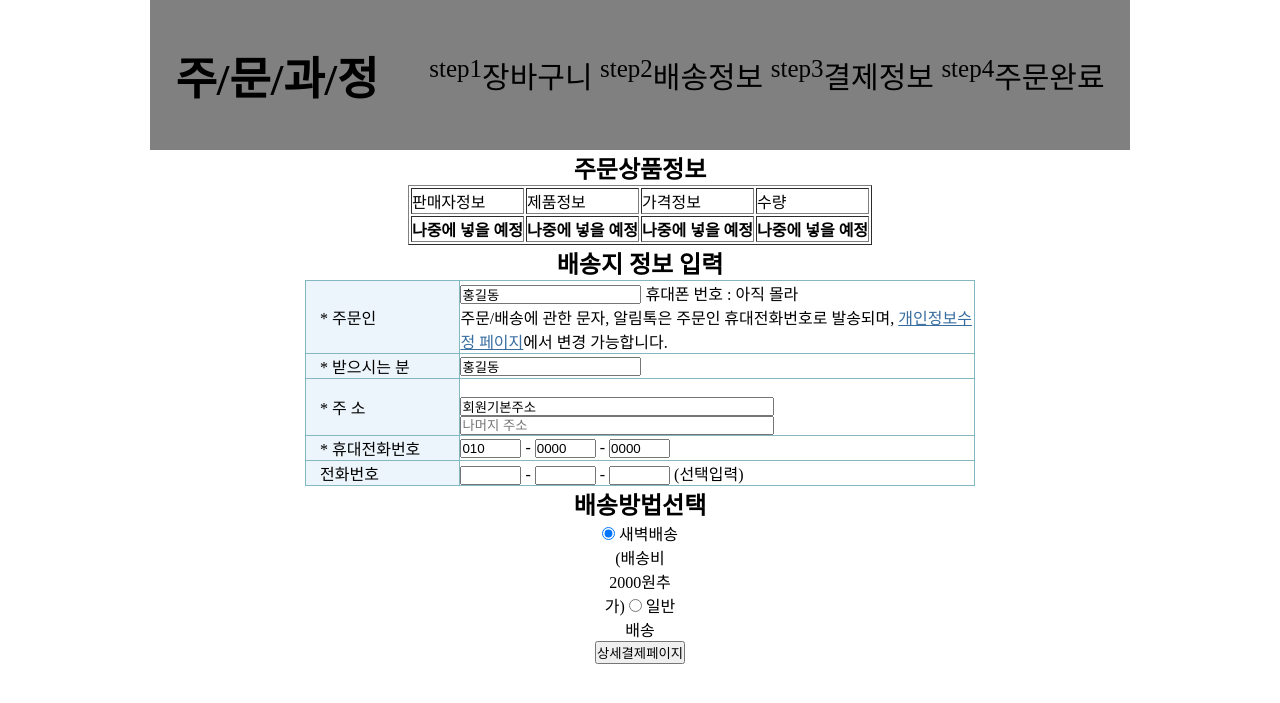
Repository: kym-1000/book
Page: http://localhost/book/WEB-INF/views/cart/ShippingInformation.jsp
These files come from the project's save history. The page is drawn as it stood at one moment and after the next save; the edit follows.
The browser window is 1280 px wide. The pictures show the whole page.
The page is served by Tomcat 9. Nobody is signed in. The template is opened directly, without the code that normally fills it, so the values that code supplies are empty.

Above is the page before, as saved 2023-01-02 03:46:18.

After the next save:
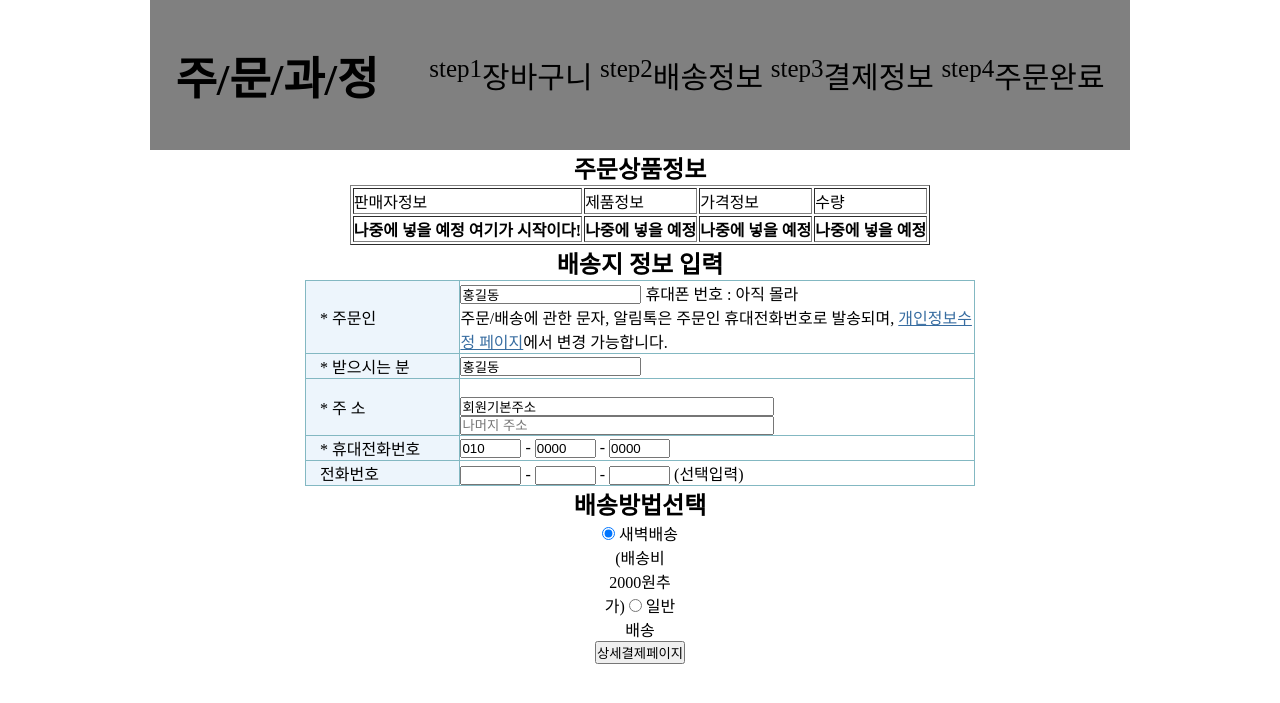
Saved 3 min 40 s later.
--- a/book/book/src/main/webapp/WEB-INF/views/cart/ShippingInformation.jsp
+++ b/book/book/src/main/webapp/WEB-INF/views/cart/ShippingInformation.jsp
@@ -84,7 +84,7 @@
 				<td>수량</td>
 			</tr>
 			<tr>
-				<th>나중에 넣을 예정</td>
+				<th>나중에 넣을 예정 여기가 시작이다!</td>
 				<th>나중에 넣을 예정</td>
 				<th>나중에 넣을 예정</td>
 				<th>나중에 넣을 예정</td>

After the save that followed:
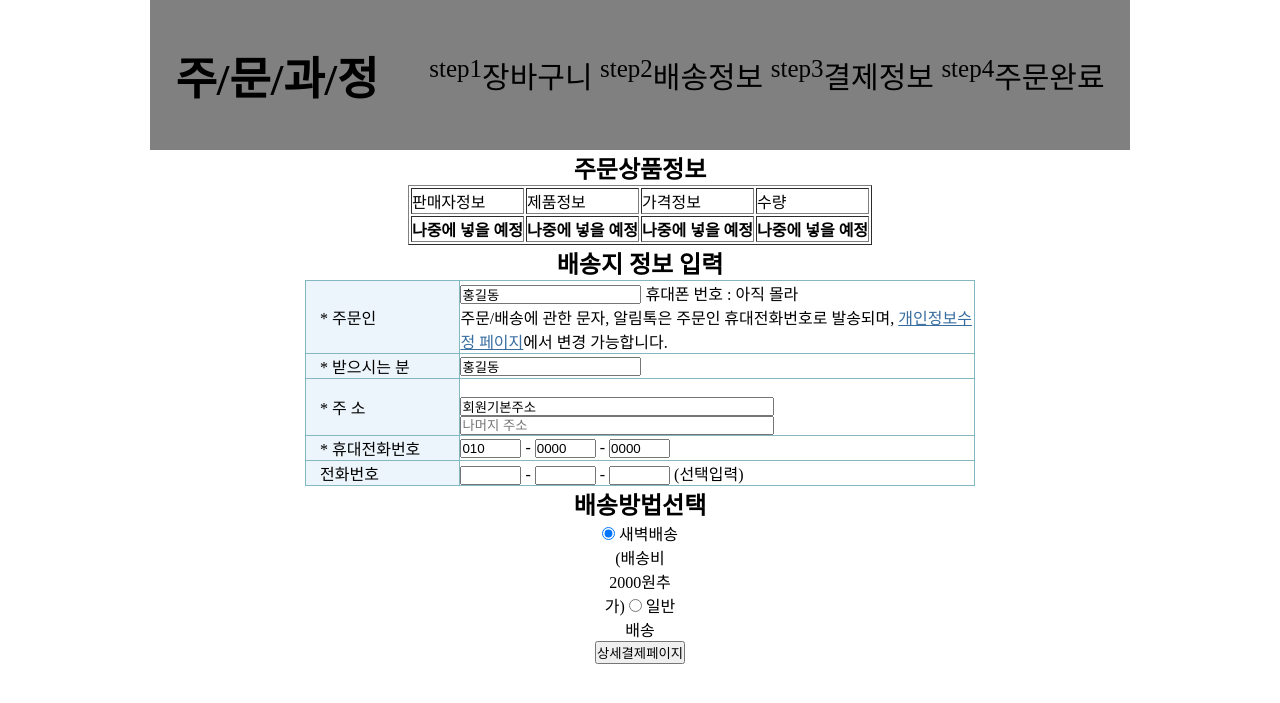
Saved 27 s later.
--- a/book/book/src/main/webapp/WEB-INF/views/cart/ShippingInformation.jsp
+++ b/book/book/src/main/webapp/WEB-INF/views/cart/ShippingInformation.jsp
@@ -84,7 +84,7 @@
 				<td>수량</td>
 			</tr>
 			<tr>
-				<th>나중에 넣을 예정 여기가 시작이다!</td>
+				<th>나중에 넣을 예정</td>
 				<th>나중에 넣을 예정</td>
 				<th>나중에 넣을 예정</td>
 				<th>나중에 넣을 예정</td>
